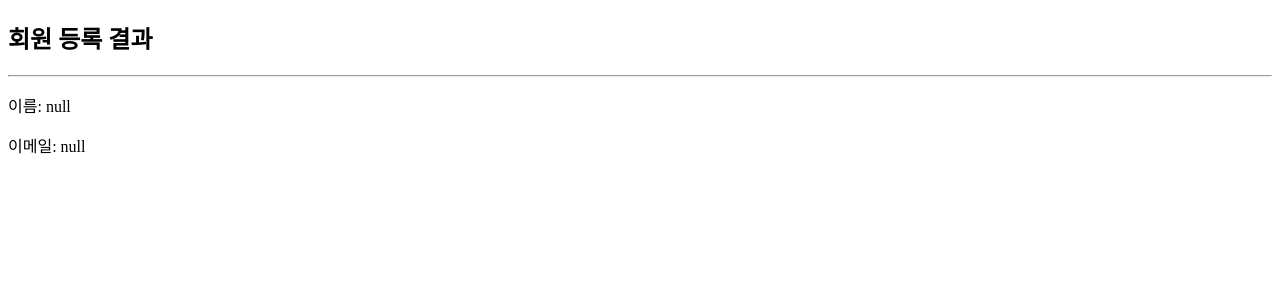
Repository: taiseidesu97/space_jspworks
Page: http://localhost/jweb0/register
These files come from the project's save history. The page is drawn as it stood at one moment and after the next save; the edit follows.
The browser window is 1280 px wide. The pictures show the whole page.
The page is served by Tomcat 10. Other server files are loaded and not shown.

Above is the page before, as saved 2025-10-02 04:01:04.

### jweb0/src/main/java/servlet/RegisterServlet.java
package servlet;

import jakarta.servlet.ServletException;
import jakarta.servlet.annotation.WebServlet;
import jakarta.servlet.http.HttpServlet;
import jakarta.servlet.http.HttpServletRequest;
import jakarta.servlet.http.HttpServletResponse;
import java.io.IOException;
import java.io.PrintWriter;


@WebServlet("/register") //http://localhost:8080/jweb0/register
public class RegisterServlet extends HttpServlet {
	private static final long serialVersionUID = 1L;


	protected void doGet(HttpServletRequest request, HttpServletResponse response) throws ServletException, IOException {
		doPost(request, response);
	}


	protected void doPost(HttpServletRequest request, HttpServletResponse response) throws ServletException, IOException {
		//요청 입력값 받기
		String name = request.getParameter("uname");
		String email = request.getParameter("email");
		System.out.println("이름: " + name);
		System.out.println("이메일: " + email);

		//응답 컨텐츠 타입 설정(url이 /hello 요청이 오면 html로 응답한다는 의미)
				response.setContentType("text/html; charset=utf-8");

				//출력 스트림
				PrintWriter out = response.getWriter();

				//HTTP응답
				out.println("<!DOCTYPE html><html>");
				out.println("<head><title>회원 가입</title></head>");
				out.println("<body><h2>회원 등록 결과</h2><hr>");
				out.println("<p>이름: " + name + "</p>");
				out.println("<p>이메일: " + email + "</p>");
				out.println("</body></html>");
	}

}

After the next save:
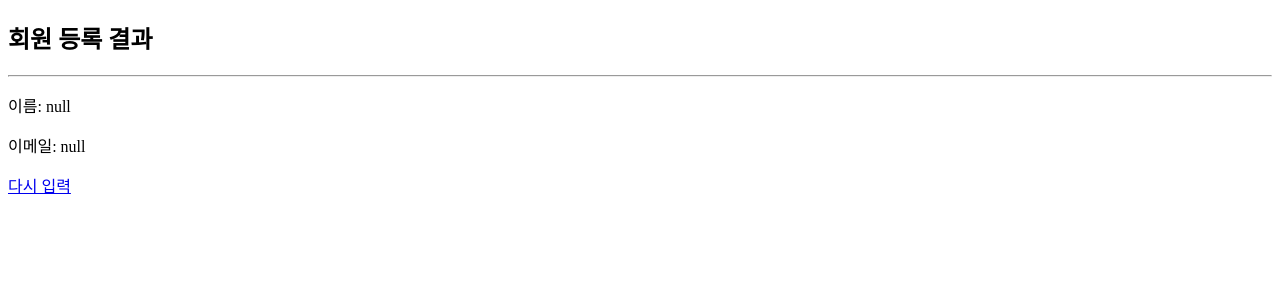
Saved 96 s later.
--- a/jweb0/src/main/java/servlet/RegisterServlet.java
+++ b/jweb0/src/main/java/servlet/RegisterServlet.java
@@ -38,6 +38,7 @@ public class RegisterServlet extends HttpServlet {
 				out.println("<body><h2>회원 등록 결과</h2><hr>");
 				out.println("<p>이름: " + name + "</p>");
 				out.println("<p>이메일: " + email + "</p>");
+				out.println("<a href= `/servlet/register.jsp>다시 입력 </a>");
 				out.println("</body></html>");
 	}
 
